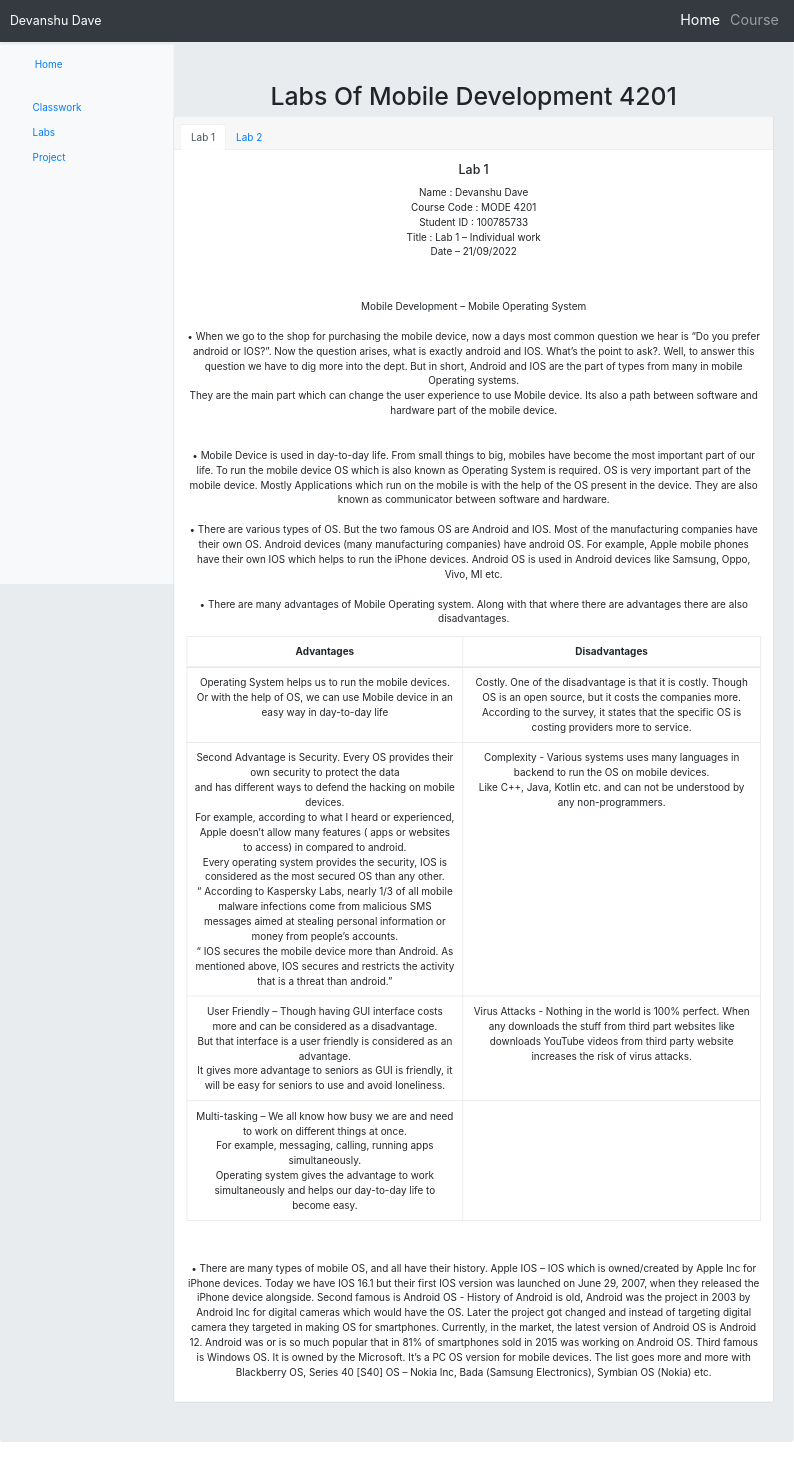
Repository: devanshudave1901/Mobile-Dev-Website
Page: labs.html
These files come from the project's save history. The page is drawn as it stood at one moment and after the next save; the edit follows.
The browser window is 1280 px wide. The pictures show the whole page, at 62% of full size.
Some web libraries are served in a nearby version.

Above is the page before, as saved 2022-10-05 15:54:00.

### labs.html
<!DOCTYPE html>
<html lang="en">
  <head>
    <meta charset="UTF-8" />
    <meta http-equiv="X-UA-Compatible" content="IE=edge" />
    <meta name="viewport" content="width=device-width, initial-scale=1.0" />
    <link
      rel="stylesheet"
      href="https://cdn.jsdelivr.net/npm/bootstrap@4.0.0/dist/css/bootstrap.min.css"
      integrity="sha384-Gn5384xqQ1aoWXA+058RXPxPg6fy4IWvTNh0E263XmFcJlSAwiGgFAW/dAiS6JXm"
      crossorigin="anonymous"
    />
    <link
      href="https://maxcdn.bootstrapcdn.com/font-awesome/4.2.0/css/font-awesome.min.css"
      rel="stylesheet"
    />
    <link rel="stylesheet" href="./css/style.css" />

    <style>
      .navbar-nav {
        margin-left: auto;
        font-size: 23px;
      }
      .welcomeHeading {
        text-shadow: 2px 2px red;
        text-align: center;
      }
      .welcomeText {
        text-align: center;
        font-family: "Sofia", sans-serif;
      }
      .featurette-heading {
        font-weight: 300;
        line-height: 1;
        letter-spacing: -0.05rem;
        margin-top: 20%;
      }
      .profileIamge {
        width: 250px;

        left: 300px;
      }
      .mobileDevProfile {
        margin-top: 10%;
        left: 100px;
      }
      .main {
        display: flex;
        flex-wrap: nowrap;
        height: 100vh;
        height: -webkit-fill-available;
        max-height: 100vh;
        overflow-x: auto;
        overflow-y: hidden;
      }
      .sideBar {
        height: 870px;
      }
    </style>
    <script
      src="https://code.jquery.com/jquery-3.2.1.slim.min.js"
      integrity="sha384-KJ3o2DKtIkvYIK3UENzmM7KCkRr/rE9/Qpg6aAZGJwFDMVNA/GpGFF93hXpG5KkN"
      crossorigin="anonymous"
    ></script>
    <script
      src="https://cdn.jsdelivr.net/npm/popper.js@1.12.9/dist/umd/popper.min.js"
      integrity="sha384-ApNbgh9B+Y1QKtv3Rn7W3mgPxhU9K/ScQsAP7hUibX39j7fakFPskvXusvfa0b4Q"
      crossorigin="anonymous"
    ></script>
    <script
      src="https://cdn.jsdelivr.net/npm/bootstrap@4.0.0/dist/js/bootstrap.min.js"
      integrity="sha384-JZR6Spejh4U02d8jOt6vLEHfe/JQGiRRSQQxSfFWpi1MquVdAyjUar5+76PVCmYl"
      crossorigin="anonymous"
    ></script>
    <title>Mobile Development - Lab 2</title>
  </head>
  <body>
    <div id="navBar">
      <nav class="navbar sticky-top navbar-expand-lg navbar-dark bg-dark">
        <a class="navbar-brand" href="#">Devanshu Dave</a>

        <div class="collapse navbar-collapse" id="navbarNavDropdown">
          <ul class="navbar-nav" mr-auto>
            <li class="nav-item active">
              <a class="nav-link" href="./index.html"
                >Home <span class="sr-only">(current)</span></a
              >
            </li>
            <li class="nav-item">
              <a class="nav-link" href="./course.html">Course</a>
            </li>
          </ul>
        </div>
      </nav>
    </div>
    <div id="sideBar">
        <div
        class="d-flex flex-column flex-shrink-0 p-3 bg-light sideBar"
        style="width: 280px"
      >
        <a
          href="/"
          class="d-flex align-items-center mb-3 mb-md-0 me-md-auto link-dark text-decoration-none"
        >
          <svg class="bi me-2" width="40" height="32">
            <use xlink:href="#bootstrap" />
          </svg>
          <span class="fs-4">Home</span>
        </a>
        <hr />
        <ul class="nav nav-pills flex-column mb-auto">
          <li>
            <a href="index.html" class="nav-link link-dark">
              <svg class="bi me-2" width="16" height="16">
                <use xlink:href="#table" />
              </svg>
              Classwork
            </a>
          </li>
          <li class="nav-item">
            <a href="labs.html" class="nav-link" aria-current="page">
              <svg class="bi me-2" width="16" height="16">
                <use xlink:href="#home" />
              </svg>
              Labs
            </a>
          </li>
          <li>
            <a href="#" class="nav-link link-dark">
              <svg class="bi me-2" width="16" height="16">
                <use xlink:href="#speedometer2" />
              </svg>
              Project
            </a>
          </li>
        </ul>
        <hr />
      </div>
      <br />
      <br />
      <br />
    </div></div>
    <div id="mainBar">
        <div class="jumbotron">
        <h1>Labs Of Mobile Development 4201</h1>

        <div class="card text-center">
            <div class="card-header">
              <ul class="nav nav-tabs card-header-tabs">
                <li class="nav-item">
                  <a class="nav-link active" href="">Lab 1</a>
                </li>
                <li class="nav-item">
                  <a class="nav-link" href="#">Lab 2</a>
                </li>

              </ul>
            </div>
            <div class="card-body">
              <h5 class="card-title">Lab 1</h5>
              <p class="card-text">
                Name : Devanshu Dave <br/>
				Course Code : MODE 4201<br/>
				Student ID : 100785733<br/>
				Title : Lab 1 – Individual work<br/>
				Date – 21/09/2022<br/>

              </p>
              <br/>
              <br/>
              <p>
                Mobile Development – Mobile Operating System<br/><br/>

                •	When we go to the shop for purchasing the mobile device, now a days most common question we hear is “Do you prefer android or IOS?”. Now the question arises, what is exactly android and IOS. What’s the point to ask?. Well, to answer this question we have to dig more into the dept. But in short, Android and IOS are the part of types from many in mobile Operating systems. <br/>They are the main part which can change the user experience to use Mobile device. Its also a path between software and hardware part of the mobile device. <br/><br/><br/>
                •	Mobile Device is used in day-to-day life. From small things to big, mobiles have become the most important part of our life. To run the mobile device OS which is also known as Operating System is required. OS is very important part of the mobile device. Mostly Applications which run on the mobile is with the help of the OS present in the device. They are also known as communicator between software and hardware.<br/><br/>
                •	 There are various types of OS. But the two famous OS are Android and IOS. Most of the manufacturing companies have their own OS. Android devices (many manufacturing companies) have android OS. For example, Apple mobile phones have their own IOS which helps to run the iPhone devices. Android OS is used in Android devices like Samsung, Oppo, Vivo, MI etc.<br/><br/>
                •	 There are many advantages of Mobile Operating system. Along with that where there are advantages there are also disadvantages. <br/>

              </p>
              <table class="table table-bordered">
                <thead>
                  <tr>

                    <th scope="col">Advantages</th>
                    <th scope="col">Disadvantages</th>

                  </tr>
                </thead>
                <tbody>
                  <tr>

                    <td>Operating System helps us to run the mobile devices.
                         Or with the help of OS, we can use Mobile device in an
                         easy way in day-to-day life</td>
                    <td>Costly. One of the disadvantage is that it is costly.
                        Though OS is an open source, but it costs the companies more.
                         According to the survey, it states that the specific OS is costing providers more to service.</td>
                  </tr>
                  <tr>
                    <td>Second Advantage is Security. Every OS provides their own security to protect the data  <br/>and has different ways to defend the hacking on mobile devices.
                        <br/> For example, according to what I heard or experienced,<br/> Apple doesn’t allow many features ( apps or websites to access) in compared to android.<br/>
                         Every operating system provides the security, IOS is considered as the most secured OS than any other.
                         <br/>   “ According to Kaspersky Labs, nearly 1/3 of all mobile malware infections come from malicious SMS messages aimed at stealing personal information or money from people’s accounts. <br/>“ IOS secures the mobile device more than Android.
                         As mentioned above, IOS secures and restricts the activity that is a threat than android.”</td>
                    <td>  Complexity -  Various systems uses many languages in backend to run the OS on mobile devices.
                        <br/>  Like C++, Java, Kotlin etc. and can not be understood by any non-programmers.</td>
                  </tr>
                  <tr>
                    <td>
                        User Friendly – Though having GUI interface costs more and can be
                         considered as a disadvantage. <br/>But that interface is a user friendly is considered as an advantage.
                         <br/> It gives more advantage to seniors as GUI is friendly, it will be
                         easy for seniors to use and avoid loneliness.
                    </td>
                    <td>
                        Virus Attacks -  Nothing in the world is 100% perfect.
                        When any downloads the stuff from third part websites like downloads YouTube
                        videos from third party website increases the risk of virus attacks.
                    </td>
                  </tr>
                  <tr>
                    <td>
                        Multi-tasking – We all know how busy we are and need to work on different things at once.
                        <br/>For example, messaging, calling, running apps simultaneously.
                         <br/>Operating system gives the advantage to work simultaneously and helps our day-to-day life to become easy.
                    </td>
                  </tr>
                </tbody>
              </table>
              <br>
              <br>

              <p>
                •	There are many types of mobile OS, and all have their history.  Apple IOS – IOS which is owned/created by Apple Inc for iPhone devices.
                  Today we have IOS 16.1 but their first IOS version was launched on June 29, 2007, when they released  the iPhone device alongside.
                   Second famous is Android  OS -  History of Android is old, Android was  the project in 2003 by Android Inc for digital cameras which would have the OS.
                   Later the project   got changed and instead of targeting digital camera they targeted in making OS for smartphones. Currently, in the market, the latest version of Android OS is Android 12.
                   Android was or is so much popular that in 81% of smartphones sold in 2015 was working on Android OS. Third famous is Windows OS. It is owned by the Microsoft. It’s a PC OS version for mobile devices.
                    The list goes more and more with Blackberry OS, Series 40 [S40] OS – Nokia Inc, Bada (Samsung Electronics), Symbian OS (Nokia) etc.
              </p>
            </div>
          </div>
      </div>
  </body>
</html>

### css/style.css
#sideBar {
  height: 570px;
  margin-top: 5px;
  float: left;
  /* text-align: center; */
}

#mainBar {
  text-align: center;
}

After the next save:
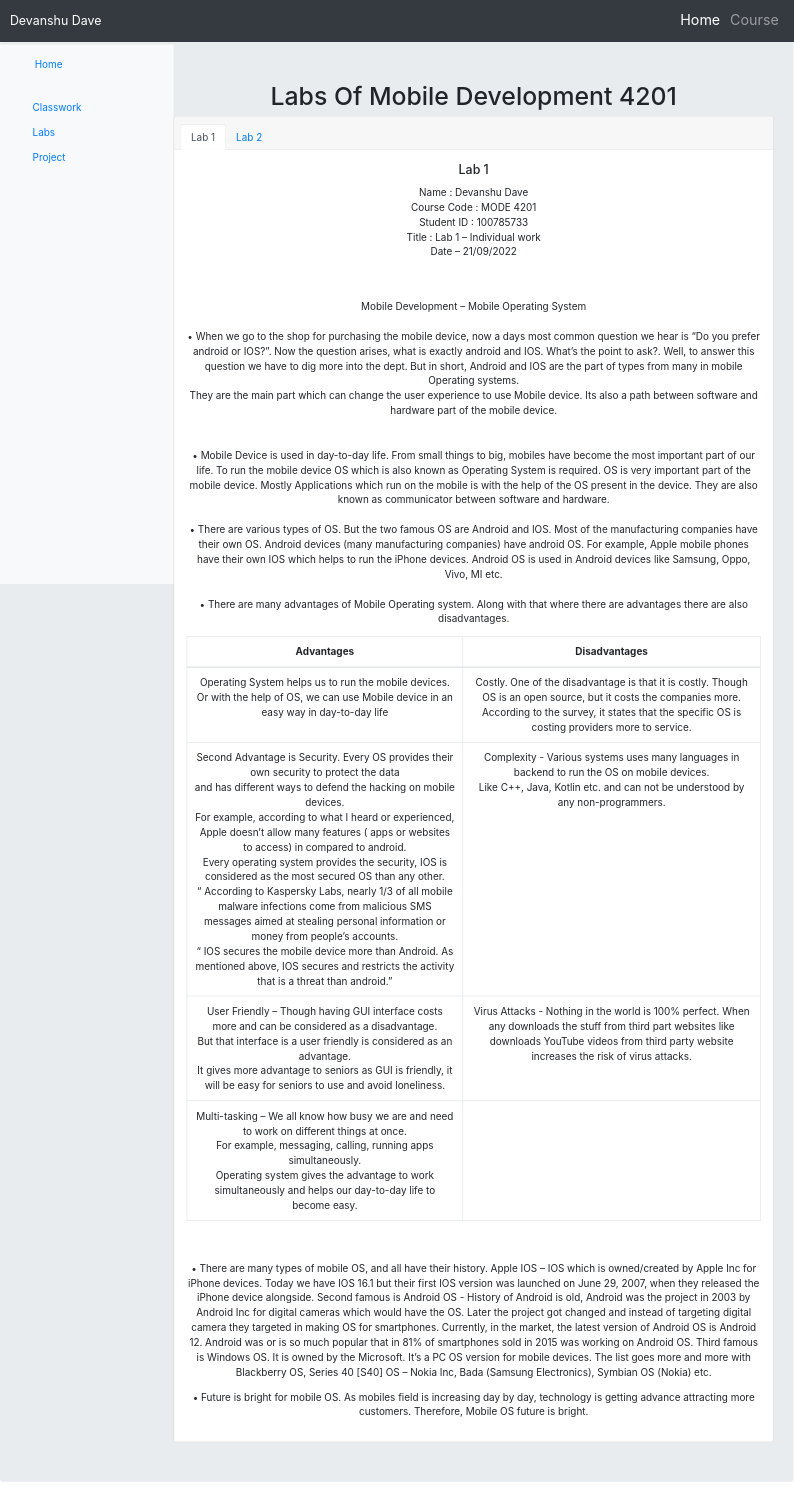
Saved 32 s later.
--- a/labs.html
+++ b/labs.html
@@ -238,6 +238,11 @@
                    Android was or is so much popular that in 81% of smartphones sold in 2015 was working on Android OS. Third famous is Windows OS. It is owned by the Microsoft. It’s a PC OS version for mobile devices.
                     The list goes more and more with Blackberry OS, Series 40 [S40] OS – Nokia Inc, Bada (Samsung Electronics), Symbian OS (Nokia) etc.
               </p>
+              <p>
+                •	Future is bright for mobile OS. As mobiles field is increasing day by day,
+                 technology is getting advance attracting more customers.
+                 Therefore, Mobile OS future is bright.
+              </p>
             </div>
           </div>
       </div>
